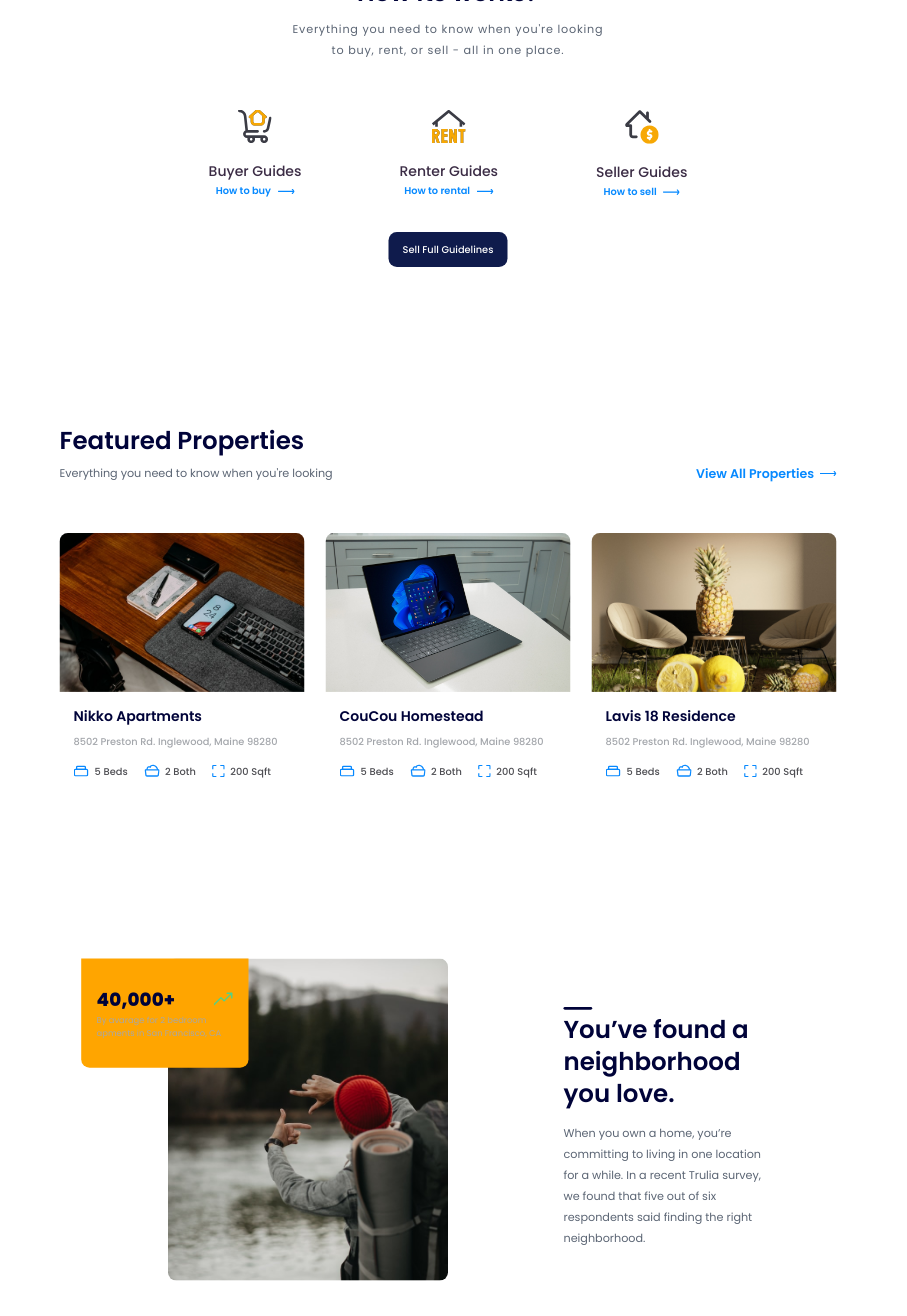
Repository: datvu1608/dv-htmlcss-01
Page: index.html
The author's editor kept a copy of each file at every save. The page is drawn from the files as they stood at one save, then again after the next save.
The browser window is 1280 px wide. The page is 1295 px wide, so the pictures cover 1295 px, including what lies to the right of the window. The pictures show the part of the page from y = 1268 to 3148 px (the page is 3148 px tall), at 70% of full size.

Above is the page before, as saved 2023-06-08 23:47:57.

After the next save:
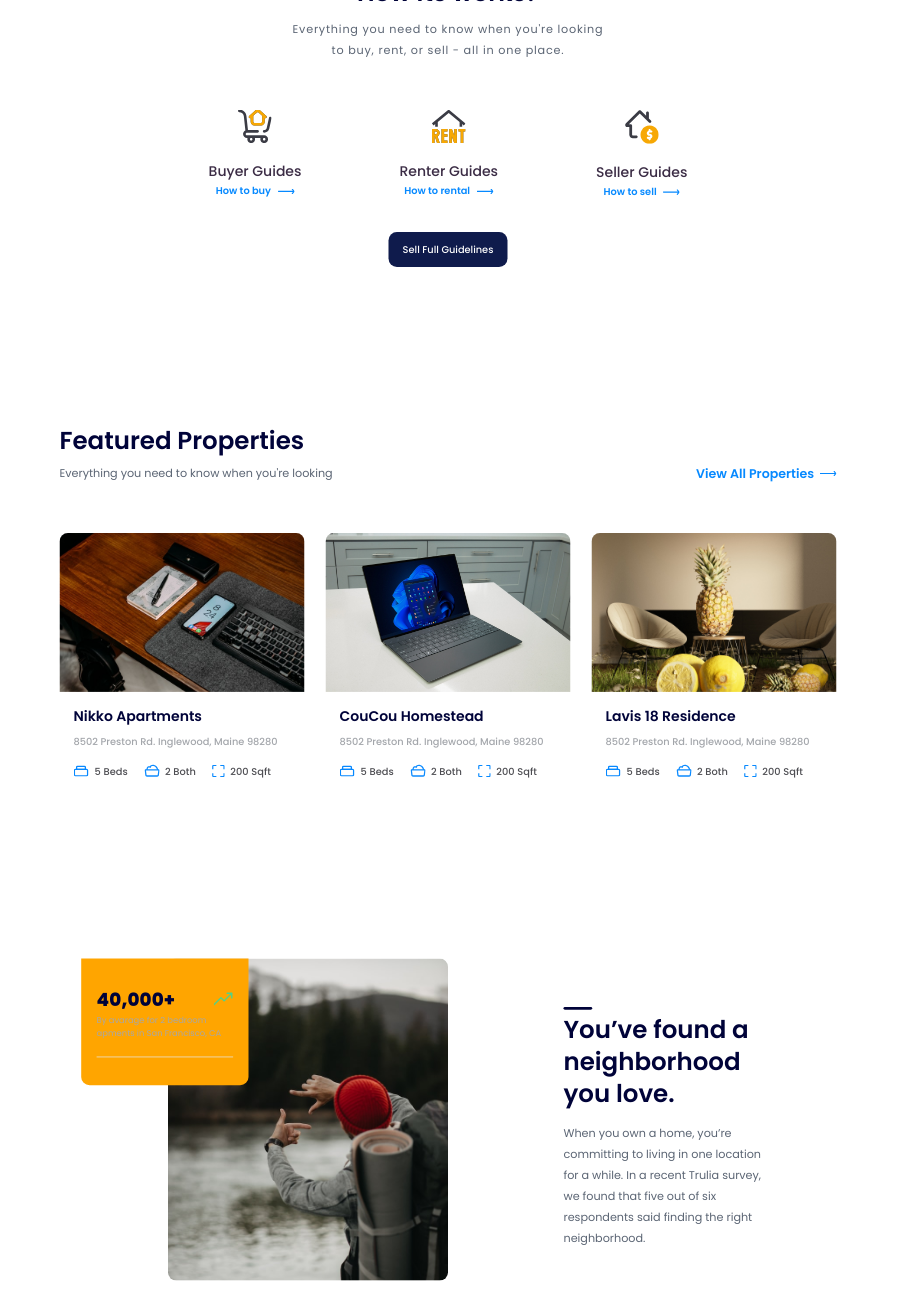
Saved 30 s later.
--- a/assets/css/style.css
+++ b/assets/css/style.css
@@ -355,6 +355,8 @@
 }
 .stats-trend .separate {
   height: 1px;
+  background: #e9e9e9;
+  margin-top: 25px;
 }
 .stats .img-block .image {
   display: block;
